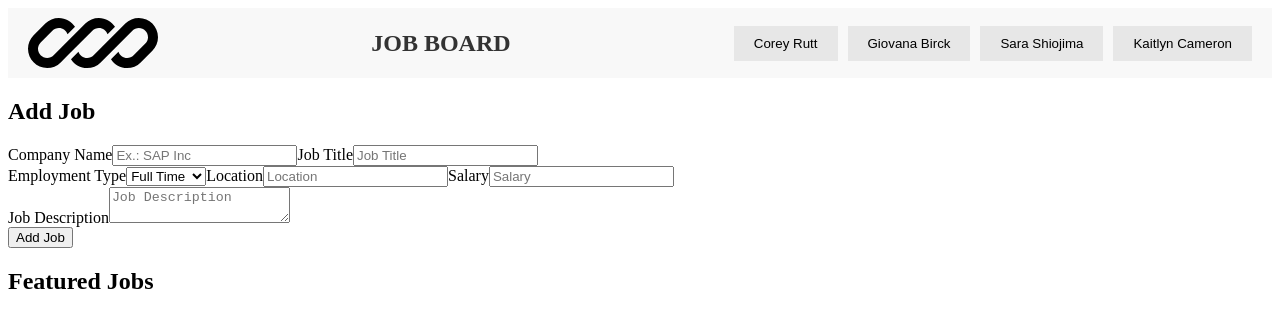
Repository: kcameron37/Final-Project-FrontEnd
Page: /
An editor plug-in stored every save of this project. The page is shown before and after the next save, followed by the edit.
The browser window is 1280 px wide. The pictures show the whole page.
The project was rebuilt for these pictures with package versions that can differ from the ones it lists, and the page was loaded fresh each time.

Above is the page before, as saved 2023-11-14 19:43:39.

### src/App.js
import React, { useState } from 'react';

import JobList from './components/JobList.js';
import AddJob from './components/AddJob.js';
import NavBar from './components/NavBar.js';


export default function App() {
  const [jobs, setJobs] = useState([]);

  const addJob = (job) => {
    setJobs([...jobs, job]);
  };

  const deleteJob = (index) => {
    const newJobs = jobs.filter((_, idx) => idx !== index);
    setJobs(newJobs);
  };

  return (
    <div className="App">
      <NavBar />
      <AddJob addJob={addJob} />
      <JobList jobs={jobs} deleteJob={deleteJob} />
    </div>
  );
}

### src/components/JobList.js
import React from 'react';

export default function JobList({ jobs, deleteJob }) {
  return (
    <div>
      <h2>Featured Jobs</h2>
      {
        jobs.map((job, index) => (
            <div key={index} className="job-item">
              <h3>{job.jobTitle}</h3>
              <button onClick={() => console.log('Make Edit Do Something')}>Edit</button>
              <button onClick={() => deleteJob(index)}>Delete</button>
              <p>{job.companyName} • {job.employment} • {job.location} • {job.salary}</p>
              <p>{job.description}</p>
              <hr />
            </div>
        ))
      }
    </div>
  );
}

### src/components/AddJob.js
import React, { useState } from 'react';


export default function AddJob({ addJob }) {

    const [job, setJob] = useState({
        companyName: '',
        jobTitle: '',
        employment: 'Full Time',
        location: '',
        salary: '',
        description: ''
    });

    const handleSubmit = (e) => {
        e.preventDefault();
        addJob(job);
        setJob({ companyName: '', jobTitle: '', employment: 'Full Time', location: '', salary: '', description: '' });
    }

    const handleChange = (e) => {
        setJob({ ...job, [e.target.name]: e.target.value });
    };

    return (
        <form onSubmit={handleSubmit}>
            <h2>Add Job</h2>
            <div>
                <label>Company Name</label>
                <input
                    type="text"
                    name="companyName"
                    value={job.companyName}
                    onChange={handleChange}
                    placeholder="Ex.: SAP Inc"
                />

                <label>Job Title</label>
                <input
                    type="text"
                    name="jobTitle"
                    value={job.jobTitle}
                    onChange={handleChange}
                    placeholder="Job Title"
                />
            </div>

            <div>
                <label>Employment Type</label>
                <select name="employment" value={job.employment} onChange={handleChange}>
                    <option value="Full Time">Full Time</option>
                    <option value="Part Time">Part Time</option>
                </select>
                <label>Location</label>
                <input
                    type="text"
                    name="location"
                    value={job.location}
                    onChange={handleChange}
                    placeholder="Location"
                />
                <label>Salary</label>
                <input
                    type="text"
                    name="salary"
                    value={job.salary}
                    onChange={handleChange}
                    placeholder="Salary"
                />
            </div>
            <div>
                <label>Job Description</label>
                <textarea
                    name="description"
                    value={job.description}
                    onChange={handleChange}
                    placeholder="Job Description"
                />
            </div>
            <button type="submit">Add Job</button>
        </form>
    );
}

### src/components/NavBar.js
import React from 'react';
import styles from './navBar.module.css'; // Import the CSS module

export default function NavBar() {
    return (
        <div className={styles.navBar}> {/* Use styles object to refer to your class */}
            <img src="/images/logo.svg" alt="Logo" />
            <h2>JOB BOARD</h2>
            <div>
                <button>Corey Rutt</button>
                <button>Giovana Birck</button>
                <button>Sara Shiojima</button>
                <button>Kaitlyn Cameron</button>
            </div>
        </div>
    );
}

### src/components/navBar.module.css
/* styles.css */

.navBar {
    background-color: #f8f8f8;
    padding: 10px 20px;
    display: flex;
    align-items: center;
    justify-content: space-between;
  }

  .navBar img {
    height: 50px; /* Adjust the size as needed */
  }

  .navBar h2 {
    margin: 0;
    padding: 0;
    font-size: 24px;
    color: #333;
  }

  .navBar button {
    background-color: #e7e7e7;
    border: none;
    padding: 10px 20px;
    margin-left: 10px;
    cursor: pointer;
    transition: background-color 0.3s;
  }

  .navBar button:hover {
    background-color: #d7d7d7;
  }

Loaded but not shown: public/index.html (common file); src/index.js (common file)

After the next save:
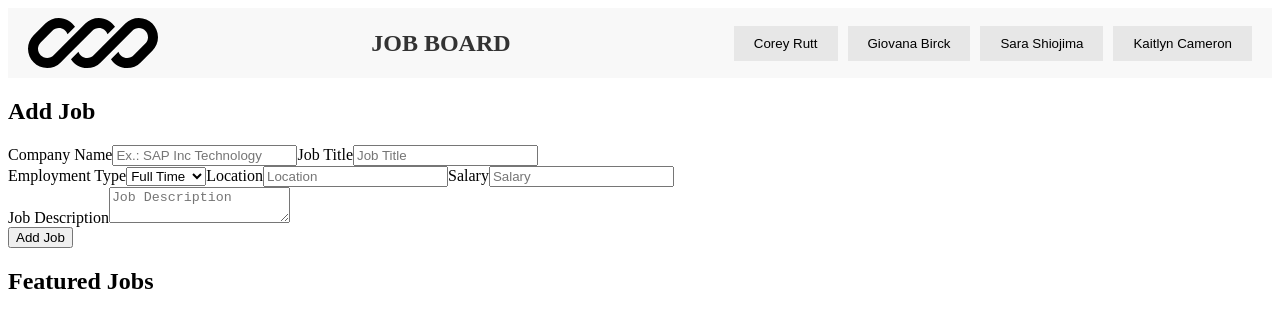
Saved 10 s later.
--- a/src/components/AddJob.js
+++ b/src/components/AddJob.js
@@ -32,7 +32,7 @@ export default function AddJob({ addJob }) {
                     name="companyName"
                     value={job.companyName}
                     onChange={handleChange}
-                    placeholder="Ex.: SAP Inc"
+                    placeholder="Ex.: SAP Inc Technology"
                 />
 
                 <label>Job Title</label>
